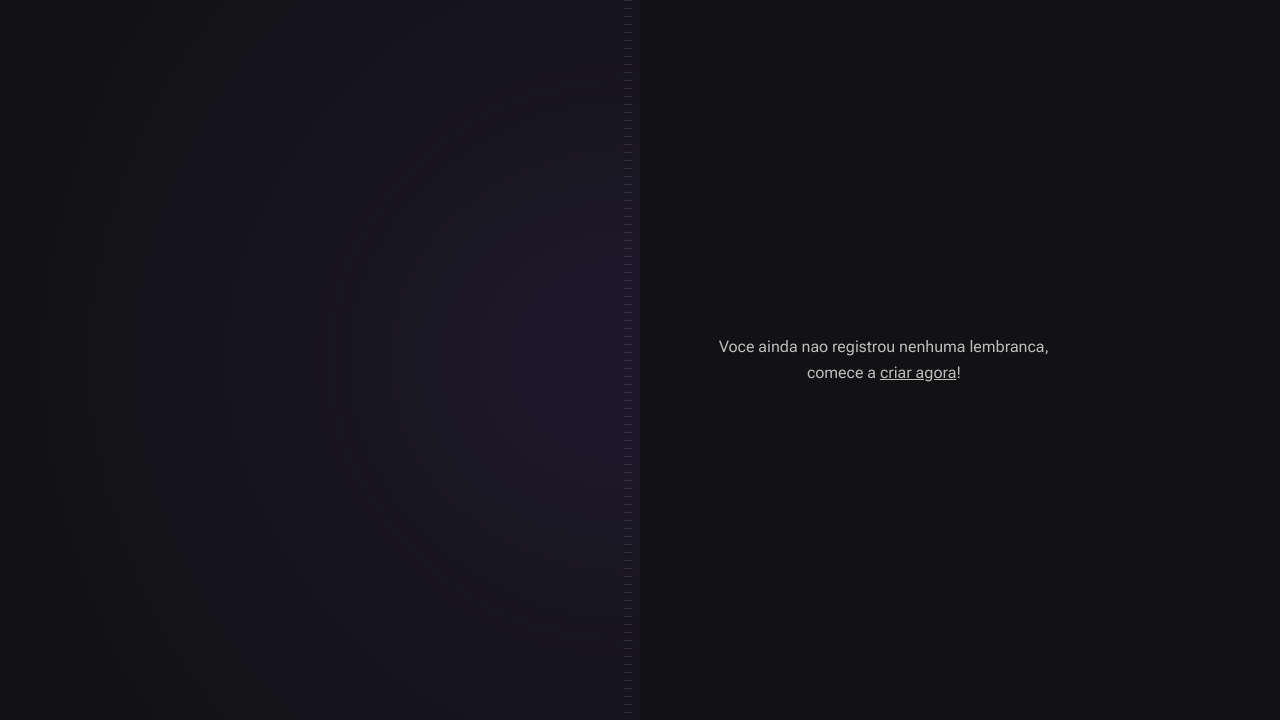
Repository: viniimartins/NLWSpacetime
Page: /
An editor plug-in stored every save of this project. The page is shown before and after the next save, followed by the edit.
The browser window is 1280 px wide. The pictures show the whole page.
Some web fonts or font styles are not loaded; a fallback is used. The project was rebuilt for these pictures with package versions that can differ from the ones it lists, and the page was loaded fresh each time. The framework's server and built-in components were replaced by stand-ins that run in the browser. Also part of the build but not shown: next.config.js.

Above is the page before, as saved 2023-05-17 16:05:39.

After the next save:
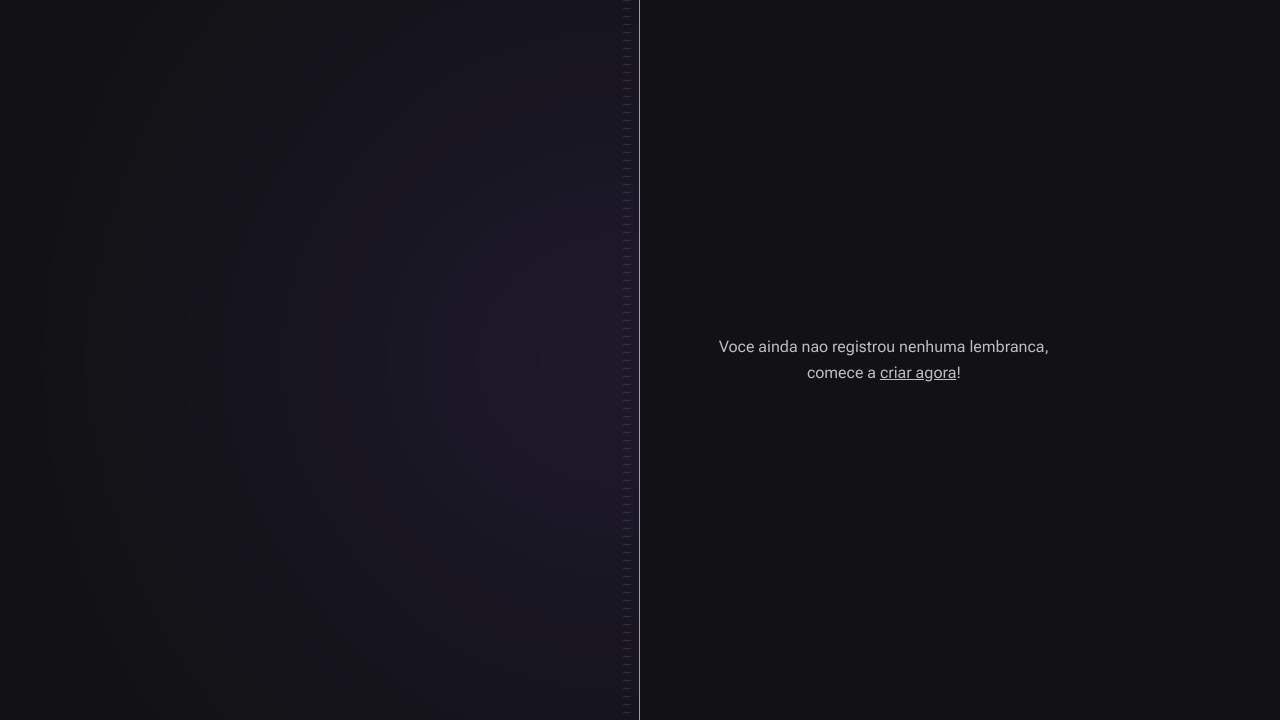
Saved 14 s later.
--- a/src/app/page.tsx
+++ b/src/app/page.tsx
@@ -1,7 +1,7 @@
 export default function Home() {
   return (
     <main className="grid min-h-screen grid-cols-2">
-      <div className="relative flex flex-col items-start justify-between overflow-hidden px-28 py-16 border-white/2">
+      <div className="relative flex flex-col items-start justify-between overflow-hidden px-28 py-16 border-r border-white/2">
         <div className="absolute right-0 top-1/2 h-[288px] w-[526px] -translate-y-1/2 translate-x-1/2 rounded-full bg-purple-700 opacity-50 blur-full" />
 
         <div className="absolute bottom-0 right-2 top-0 w-2 bg-stripes" />
